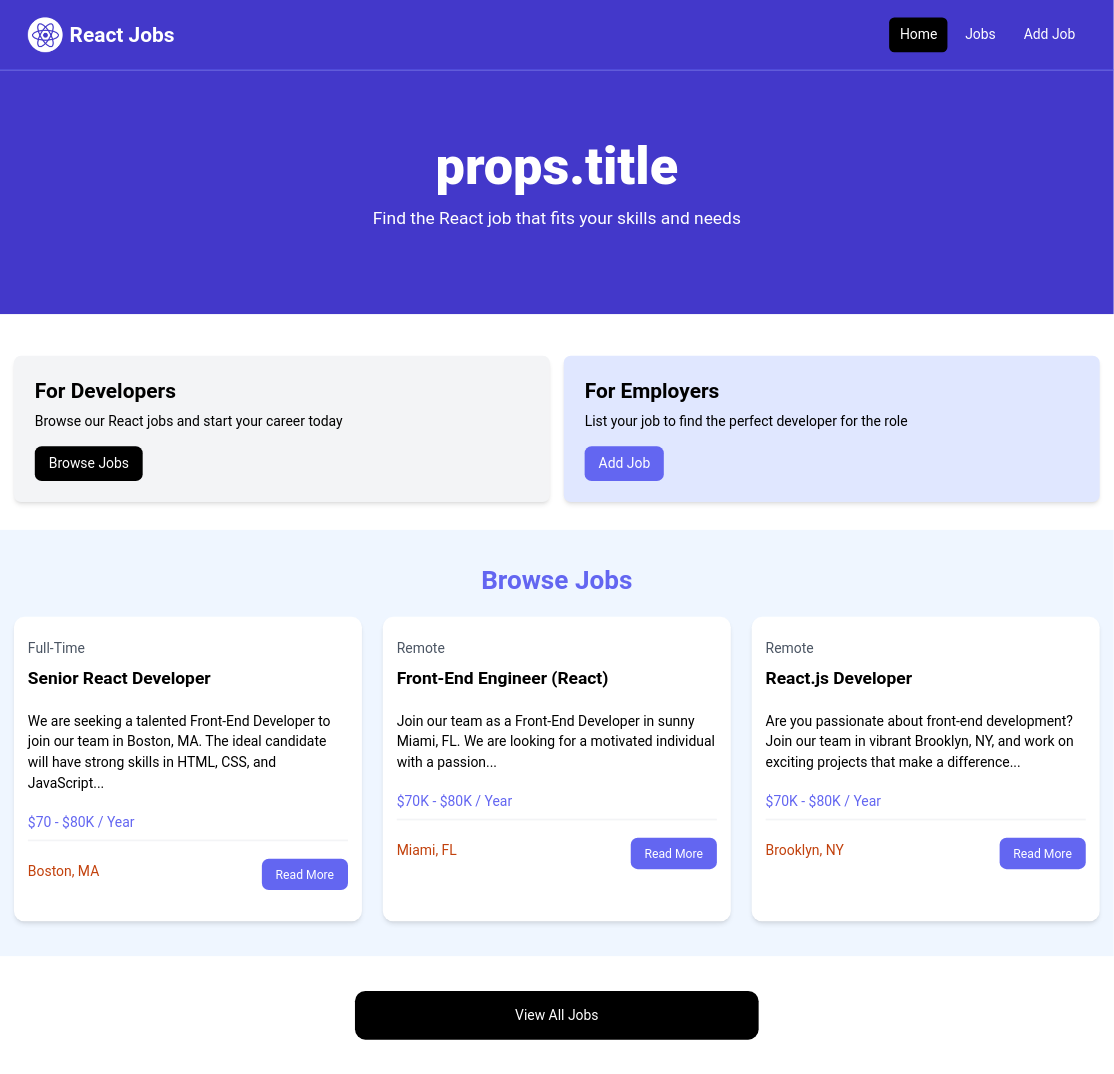
Repository: Geohot-2020/React_setup
Page: / (app in react-crash-2024/)
The author's editor kept a copy of each file at every save. The page is drawn from the files as they stood at one save, then again after the next save.
The browser window is 1280 px wide. The pictures show the whole page, at 87% of full size.
The project was rebuilt for these pictures with package versions that can differ from the ones it lists, and the page was loaded fresh each time. Also part of the build but not shown: react-crash-2024/vite.config.js.

Above is the page before, as saved 2024-11-13 15:22:14.

After the next save:
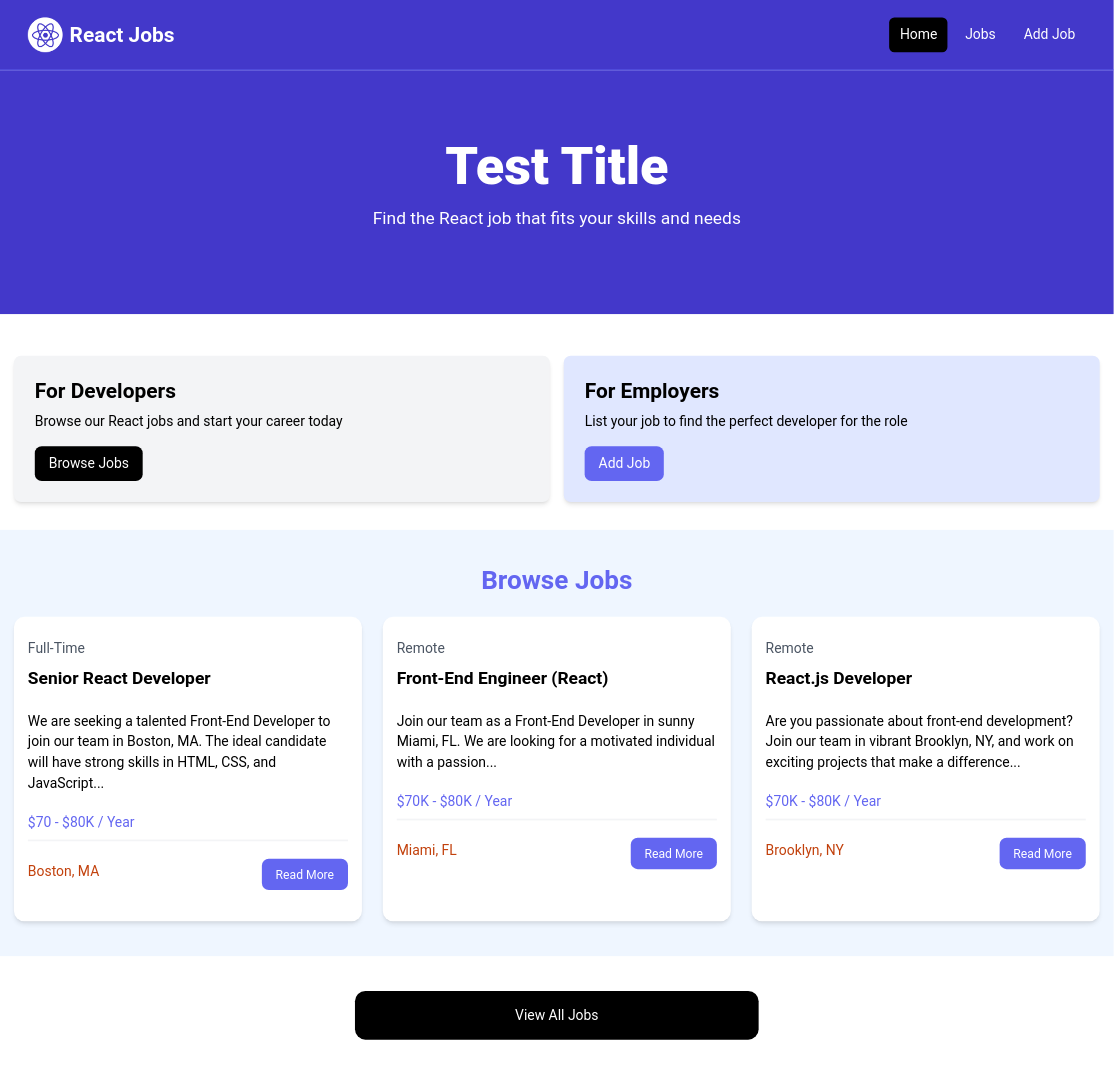
Saved 5 s later.
--- a/react-crash-2024/src/components/Hero.jsx
+++ b/react-crash-2024/src/components/Hero.jsx
@@ -10,7 +10,7 @@ const Hero = (props) => {
                     <h1
                         className="text-4xl font-extrabold text-white sm:text-5xl md:text-6xl"
                     >
-                        props.title
+                        {props.title}
                     </h1>
                     <p className="my-4 text-xl text-white">
                         Find the React job that fits your skills and needs
